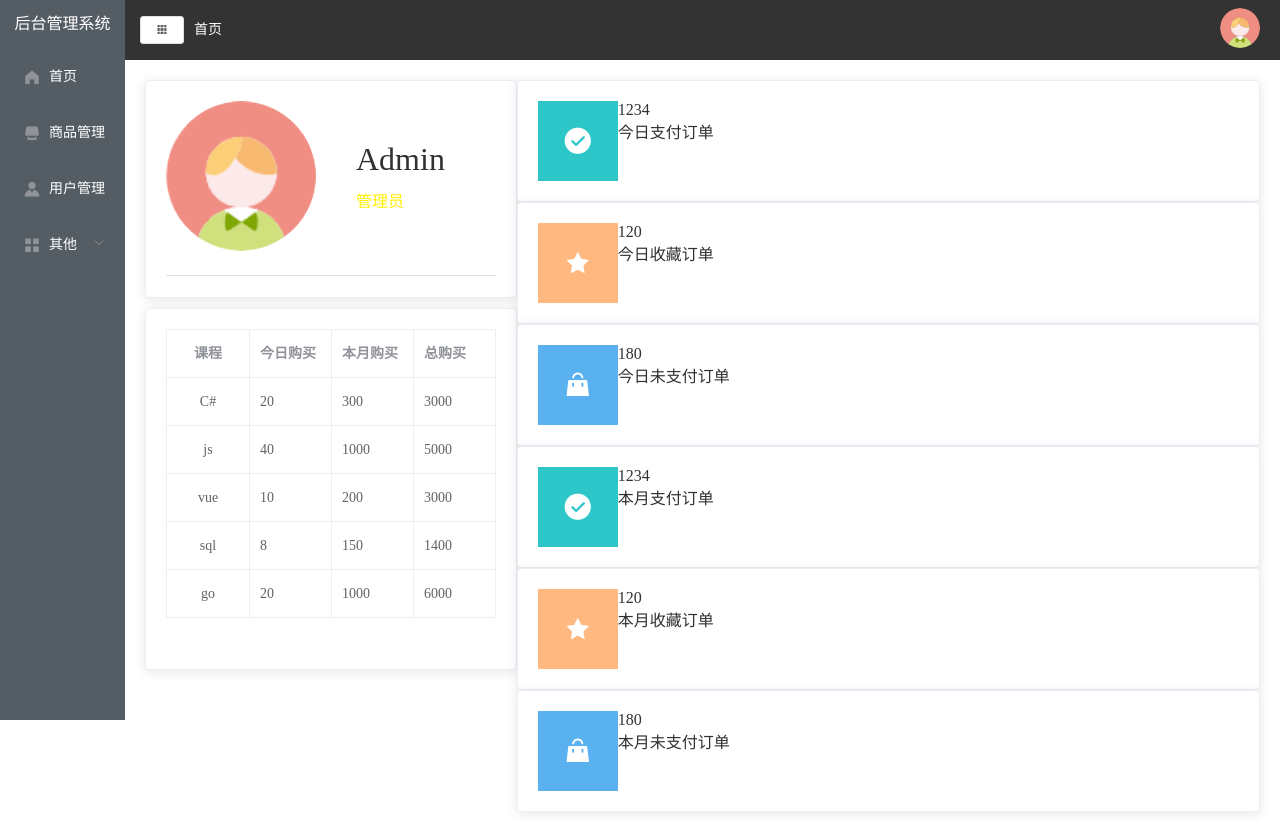
Repository: tkqi/manage
Page: /
An editor plug-in stored every save of this project. The page is shown before and after the next save, followed by the edit.
The browser window is 1280 px wide. The pictures show the whole page.
The project was rebuilt for these pictures with package versions that can differ from the ones it lists, and the page was loaded fresh each time. Also part of the build but not shown: vue.config.js.

Above is the page before, as saved 2023-12-06 11:10:19.

### src/main.js
import Vue from 'vue'
import App from './App.vue'
import router from './router'
import store from './store'
import ElementUI from 'element-ui';
import 'element-ui/lib/theme-chalk/index.css';

Vue.config.productionTip = false
Vue.use(ElementUI);

new Vue({
  router,
  store,
  render: h => h(App)
}).$mount('#app')

### src/App.vue
<template>
  <div id="app">
    <!-- 路由出口 -->
    <router-view />
  </div>
</template>

<script>
export default {
  name: 'App'
}
</script>

<style lang="less">
html,
body,
h3,
p {
  margin: 0;
  padding: 0;
}
</style>

### src/router/index.js
import Vue from 'vue'
import VueRouter from 'vue-router'
import routes from './routes'
Vue.use(VueRouter)


const router = new VueRouter({
  routes: routes
})

// 暴露router实例
export default router

### src/store/index.js
import Vue from 'vue'
import Vuex from 'vuex'
import tab from './tab.js'

Vue.use(Vuex)

const store = new Vuex.Store({
  state: {

  },
  getters: {
  },
  mutations: {
  },
  actions: {
  },
  modules: {
    tab
  }
})

export default store;

### src/router/routes.js
export default [
    // 主路由
    {
        path: '/',
        component: () => import('../views/Main.vue'),
        redirect: '/home',// 重定向
        // 子路由
        children: [
            {
                // 首页
                path: '/home',
                // 路由组件懒加载
                component: () => import('../views/Home.vue')
            },
            {
                // 用户管理
                path: '/user',
                component: () => import('../views/User.vue')
            },
            {
                // 商品管理
                path: '/mall',
                component: () => import('../views/Mall.vue')
            },
            {
                // 其他/页面1
                path: '/page1',
                component: () => import('../views/Page1.vue')
            },
            {
                // 其他/页面2
                path: '/page2',
                component: () => import('../views/Page2.vue')
            },
        ]
    },
    {
        path: '/home',
        // 路由组件懒加载
        component: () => import('../views/Home.vue')
    },
    {
        path: '/user',
        component: () => import('../views/User.vue')
    }
]

### src/store/tab.js
// 菜单相关数据
export default {
    state: {
        isCollapse: false
    },
    getters: {
        getisCollapse: (state) => state.isCollapse
    },
    mutations: {
        EDITIsCollapse(state){
            state.isCollapse = !state.isCollapse;
        }
    }
}

### src/views/Main.vue
<!-- eslint-disable vue/multi-word-component-names -->
<template>
    <div>
        <el-container>
            <el-aside width="auto">
                <sidebar />
            </el-aside>
            <el-container>
                <el-header>
                    <topbar />
                </el-header>
                <el-main>
                    <transition>
                        <keep-alive>
                            <router-view />
                        </keep-alive>
                    </transition>
                </el-main>
            </el-container>
        </el-container>
    </div>
</template>

<script>
import sidebar from '../components/sidebar.vue'
import topbar from '../components/topbar.vue';
export default {
    components: {
        sidebar,
        topbar
    }
}
</script>

<style lang="less" scoped>
.el-header {
    padding: 0;
    margin: 0;
}
</style>

### src/views/Home.vue
<!-- eslint-disable vue/multi-word-component-names -->
<template>
    <el-row>
        <el-col :span="8">
            <div>
                <el-card class="box-card">
                    <div class="user">
                        <img class="img" src="../assets/img/user-default.png" alt="">
                        <div class="user-info">
                            <P class="name">Admin</P>
                            <p class="access">管理员</p>
                        </div>
                    </div>
                    <el-divider></el-divider>
                    <div class="login-info">
                        <p>上次登录时间: <span>2023-12-03</span></p>
                        <p>上次登录地点: <span>绍兴</span></p>
                    </div>
                </el-card>
                <el-card class="table">
                    <el-table :data="tableData" border style="width: 100%">
                        <el-table-column prop="course" label="课程" :min-width="30" width="auto" align="center">
                        </el-table-column>
                        <el-table-column prop="buytoday" label="今日购买" :min-width="30" width="auto">
                        </el-table-column>
                        <el-table-column prop="buythemonth" label="本月购买" :min-width="30" width="auto">
                        </el-table-column>
                        <el-table-column prop="buyall" label="总购买" :min-width="30" width="auto">
                        </el-table-column>
                    </el-table>
                </el-card>
            </div>
        </el-col>
        <el-col :span="16">
            <div class="buy">
                <el-card v-for="(item, index) in countData" :key="index" :body-style="{ display: 'flex' }">
                    <i class="icon" :class="`el-icon-${item.icon}`" :style="{ background: item.color }"></i>
                    <div class="buy-content">
                        <p>{{ item.value }}</p>
                        <p>{{ item.label }}</p>
                    </div>
                </el-card>
            </div>
        </el-col>
    </el-row>
</template>

<script>
export default {
    data() {
        return {
            tableData: [
                {
                    course: 'C#',
                    buytoday: 20,
                    buythemonth: 300,
                    buyall: 3000
                },
                {
                    course: 'js',
                    buytoday: 40,
                    buythemonth: 1000,
                    buyall: 5000
                },
                {
                    course: 'vue',
                    buytoday: 10,
                    buythemonth: 200,
                    buyall: 3000
                },
                {
                    course: 'sql',
                    buytoday: 8,
                    buythemonth: 150,
                    buyall: 1400
                },
                {
                    course: 'go',
                    buytoday: 20,
                    buythemonth: 1000,
                    buyall: 6000
                }
            ],
            countData: [
                {
                    label: '今日支付订单',
                    value: 1234,
                    color: '#2ec7c9',
                    icon: 'success'
                },
                {
                    label: '今日收藏订单',
                    value: 120,
                    color: '#ffb980',
                    icon: 'star-on'
                },
                {
                    label: '今日未支付订单',
                    value: 180,
                    color: '#5ab1ef',
                    icon: 's-goods'
                },
                {
                    label: '本月支付订单',
                    value: 1234,
                    color: '#2ec7c9',
                    icon: 'success'
                },
                {
                    label: '本月收藏订单',
                    value: 120,
                    color: '#ffb980',
                    icon: 'star-on'
                },
                {
                    label: '本月未支付订单',
                    value: 180,
                    color: '#5ab1ef',
                    icon: 's-goods'
                }
            ]
        }
    }
}
</script>
<style lang="less" scoped>
.box-card {
    height: 30vh;

    .user {
        display: flex;
        align-items: center;
        padding-right: 0px;

        .user-info {
            .name {
                font-size: 32px;
                margin-bottom: 10px;
            }

            .access {
                color: #fff000;
            }
        }

        img {
            height: 150px;
            width: 150px;
            border-radius: 50%;
            margin-right: 40px;
        }
    }
}

.login-info {
    line-height: 25px;

    p {
        font-size: 12px;

        span {
            font-size: 12px;
            margin-left: 50px;
        }
    }
}

.table {
    margin-top: 10px;
    height: 50vh;

    el-table {
        height: 100%;
    }
}

.icon {
    width: 80px;
    height: 80px;
    font-size: 30px;
    color: #fff;
    text-align: center;
    line-height: 80px;
}
</style>

### src/components/sidebar.vue
<!-- eslint-disable vue/multi-word-component-names -->
<template>
    <el-menu class="menu" @open="handleOpen" @close="handleClose" :collapse="isCollapse" background-color="#545c64"
        text-color="#fff" active-text-color="#ffd04b">
        <h3>{{ !isCollapse?'后台管理系统':'后台' }}</h3>
        <el-menu-item v-for="item in noChildren" :key="item.name" :index="item.name" @click="clickMenu(item)">
            <i :class="`el-icon-${item.icon}`"></i>
            <span slot="title">{{ item.label }}</span>
        </el-menu-item>
        <el-submenu v-for="item in hasChildren" :key="item.label" :index="item.label">
            <template slot="title">
                <i :class="`el-icon-${item.icon}`"></i>
                <span slot="title">{{ item.label }}</span>
            </template>
            <el-menu-item-group v-for="subitem in item.children" :key="subitem.name">
                <el-menu-item :index="subitem.name" @click="clickSubmenu(subitem)">
                    <!-- <template slot="title"> -->
                    <i :class="`el-icon-${subitem.icon}`"></i>
                    <span slot="title">{{ subitem.name }}</span>
                    <!-- </template> -->
                </el-menu-item>
            </el-menu-item-group>
        </el-submenu>
    </el-menu>
</template>

<script>
export default {
    computed: {
        // 无子菜单
        noChildren() {
            return this.menuData.filter(o => !o.children);
        },
        // 有子菜单
        hasChildren() {
            return this.menuData.filter(o => o.children);
        },
        isCollapse() {
           return this.$store.state.tab.isCollapse;
        }
    },
    data() {
        return {
            // 使用store实时改变属性需要定义到computed
            // isCollapse: this.$store.getters('getisCollapse'),
            menuData: [
                {
                    path: '/',
                    name: 'home',
                    label: "首页",
                    icon: 's-home',
                    url: 'Home/Home'
                },
                {
                    path: '/mall',
                    name: 'mall',
                    label: "商品管理",
                    icon: 's-shop',
                    url: 'MallManage/MallManage'
                },
                {
                    path: '/user',
                    name: 'user',
                    label: "用户管理",
                    icon: 's-custom',
                    url: 'UserManage/UserManage'
                },
                {
                    label: '其他',
                    icon: 'menu',
                    children: [
                        {
                            path: '/page1',
                            name: 'page1',
                            label: "页面1",
                            icon: 's-claim',
                            url: 'Other/PageOne'
                        },
                        {
                            path: '/page2',
                            name: 'page2',
                            label: "页面2",
                            icon: 's-claim',
                            url: 'Other/PageTwo'
                        },
                    ]
                }
            ]
        };
    },
    methods: {
        handleOpen(key, keyPath) {
            console.log(key, keyPath);
        },
        handleClose(key, keyPath) {
            console.log(key, keyPath);
        },
        clickMenu(item) {
            console.log(this.$router.currentRoute.path);
            // 判断当前路由于点击链接的路由不一致才跳转
            if (item.path != this.$route.path && !(this.$route.path == '/home' && item.path == '/'))
                this.$router.push(item.path);
        },
        clickSubmenu(subitem) {
            // 判断当前路由于点击链接的路由不一致才跳转
            if (subitem.path != this.$route.path)
                this.$router.push(subitem.path);
        }
    }
}
</script>

<style lang="less" scoped>
.el-menu-vertical-demo:not(.el-menu--collapse) {
    width: 200px;
    min-height: 400px;
}

.menu {
    height: 100vh;
    border-right:0;
    h3 {
        color: rgb(255, 255, 255);
        text-align: center;
        line-height: 48px;
        font-size: 16px;
        font-weight: 400;
    }
}
</style>

### src/components/topbar.vue
<!-- eslint-disable vue/multi-word-component-names -->
<template>
    <div class="head-container">
        <div class="l-content">
            <el-button icon="el-icon-s-grid" size="mini" @click="changeCollapse()"/>
            <!-- 面包屑 -->
            <span class="text">首页</span>
        </div>
        <div class="r-content">
            <el-dropdown>
                <span class="el-dropdown-link">
                    <img class="img" src="../assets/img/user-default.png" alt="">
                </span>
                <el-dropdown-menu slot="dropdown">
                    <el-dropdown-item>个人中心</el-dropdown-item>
                    <el-dropdown-item>退出</el-dropdown-item>
                </el-dropdown-menu>
            </el-dropdown>
        </div>
    </div>
</template>

<script>
export default {
    data(){
        return{

        }
    },
    methods:{
        changeCollapse(){
            console.log(1);
            this.$store.commit('EDITIsCollapse');
        }
    }
}
</script>

<style lang="less" scoped>
.head-container {
    background-color: #333;
    height: 60px;
    display: flex;
    justify-content: space-between;
    align-items: center;
    padding-left: 15px;
    padding-right: 20px;
}

// .l-content {
//     padding-left: 15px;
// }

// .r-content {}

.text {
    color: white;
    font-size: 14px;
    padding-left: 10px;
}

.img{
    height: 40px;
    width: 40px;
    border-radius: 50%;
}
</style>

Loaded but not shown: public/index.html (common file)

After the next save:
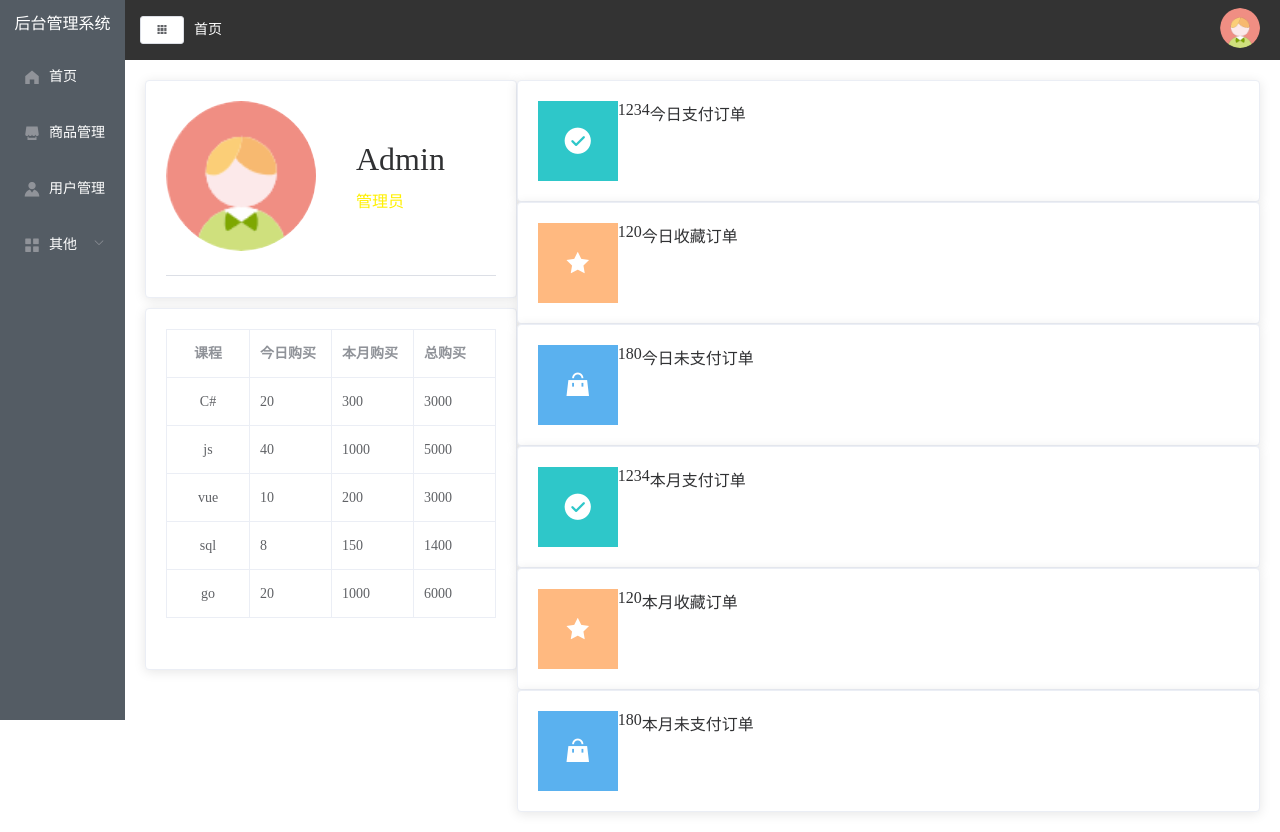
Saved 4 min 55 s later.
--- a/src/views/Home.vue
+++ b/src/views/Home.vue
@@ -33,7 +33,7 @@
         </el-col>
         <el-col :span="16">
             <div class="buy">
-                <el-card v-for="(item, index) in countData" :key="index" :body-style="{ display: 'flex' }">
+                <el-card v-for="(item, index) in countData" :key="index" :body-style="{ display: 'flex', width:'30%'}">
                     <i class="icon" :class="`el-icon-${item.icon}`" :style="{ background: item.color }"></i>
                     <div class="buy-content">
                         <p>{{ item.value }}</p>
@@ -173,13 +173,18 @@ export default {
         height: 100%;
     }
 }
-
-.icon {
+.buy{
+    .icon {
     width: 80px;
     height: 80px;
     font-size: 30px;
     color: #fff;
     text-align: center;
     line-height: 80px;
+    }
+    .buy-content{
+        display: flex;
+    }
 }
+
 </style>
